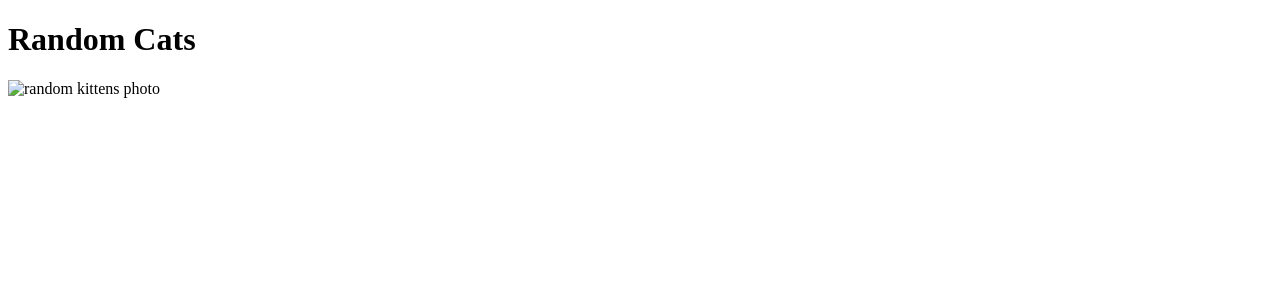
Repository: elto82/ConsumoAPIRESTjs
Page: index.html
These files come from the project's save history. The page is drawn as it stood at one moment and after the next save; the edit follows.
The browser window is 1280 px wide. The pictures show the whole page.
The page's requests for data from a server got no answer.

Above is the page before, as saved 2022-07-02 17:28:38.
Console error: ReferenceError: myCat is not defined

After the next save:
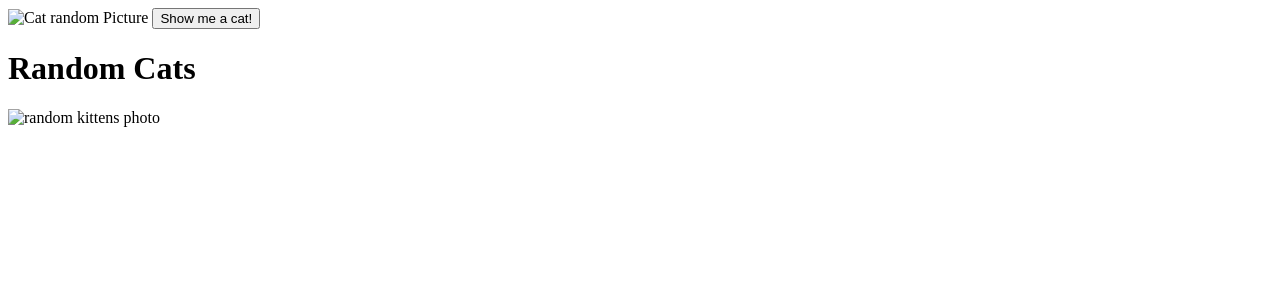
Saved 77 s later.
--- a/index.html
+++ b/index.html
@@ -7,6 +7,10 @@
   <title>Random Cats</title>
 </head>
 <body>
+  <section class="container">
+    <img alt="Cat random Picture" class="image">
+    <button type="button" class="random-cat-button"> Show me a cat!</button>
+</section>
   <h1> Random Cats</h1>
   <img alt="random kittens photo">
   <script src="./main.js"></script>
